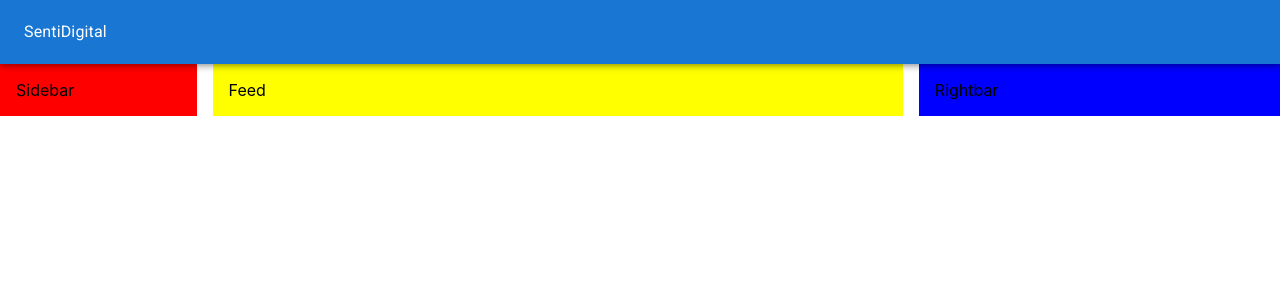
Repository: abubaker-cs/mui5_dashboard
Page: /
The author's editor kept a copy of each file at every save. The page is drawn from the files as they stood at one save, then again after the next save.
The browser window is 1280 px wide. The pictures show the whole page.
The project was rebuilt for these pictures with package versions that can differ from the ones it lists, and the page was loaded fresh each time. Also part of the build but not shown: src/App.css.

Above is the page before, as saved 2022-07-17 05:45:33.

### public/index.html
<!DOCTYPE html>
<html lang="en">
  <head>
    <meta charset="utf-8" />
    <link rel="icon" href="%PUBLIC_URL%/favicon.ico" />
    <meta name="viewport" content="width=device-width, initial-scale=1" />
    <meta name="theme-color" content="#000000" />
    <meta
      name="description"
      content="Web site created using create-react-app"
    />
    <link rel="apple-touch-icon" href="%PUBLIC_URL%/logo192.png" />

    <link rel="manifest" href="%PUBLIC_URL%/manifest.json" />
    <link
      rel="stylesheet"
      href="https://fonts.googleapis.com/css?family=Roboto:300,400,500,700&display=swap"
    />
    <link
      rel="stylesheet"
      href="https://fonts.googleapis.com/icon?family=Material+Icons"
    />

    <title>React App</title>
  </head>
  <body>
    <noscript>You need to enable JavaScript to run this app.</noscript>
    <div id="root"></div>
  </body>
</html>

### src/App.js
import "./App.css";
import Sidebar from "./components/Sidebar";
import Feed from "./components/Feed";
import Rightbar from "./components/Rightbar";
import { Box, Stack } from "@mui/material";
import Navbar from "./components/Navbar";

function App() {
  return (
    <Box>
      <Navbar />
      <Stack direction="row" spacing={2} justifyContent="space-evenly">
        <Sidebar />
        <Feed />
        <Rightbar />
      </Stack>
    </Box>
  );
}

export default App;

### src/components/Sidebar.jsx
import { Box } from "@mui/material";
import React from "react";

const Sidebar = () => {
  return (
    <Box
      bgcolor="red"
      flex={1}
      p={2}
      sx={{ display: { xs: "none", sm: "block" } }}
    >
      Sidebar
    </Box>
  );
};

export default Sidebar;

### src/components/Feed.jsx
import { Box } from "@mui/material";
import React from "react";

const Feed = () => {
  return (
    <Box bgcolor="yellow" flex={4} p={2}>
      Feed
    </Box>
  );
};

export default Feed;

### src/components/Rightbar.jsx
import { Box } from "@mui/material";
import React from "react";

const Rightbar = () => {
  return (
    <Box
      bgcolor="blue"
      flex={2}
      p={2}
      sx={{ display: { xs: "none", sm: "block" } }}
    >
      Rightbar
    </Box>
  );
};

export default Rightbar;

### src/components/Navbar.jsx
import { AppBar, Toolbar, styled, Typography } from "@mui/material";
import React from "react";

const StyledToolbar = styled(Toolbar)({
  display: "flex",
  justifyContent: "space-between",
});

const Navbar = () => {
  return (
    <AppBar position="sticky">
      <StyledToolbar>
        <Typography>SentiDigital</Typography>
      </StyledToolbar>
    </AppBar>
  );
};

export default Navbar;

Loaded but not shown: src/index.js (common file); src/index.css (common file)

After the next save:
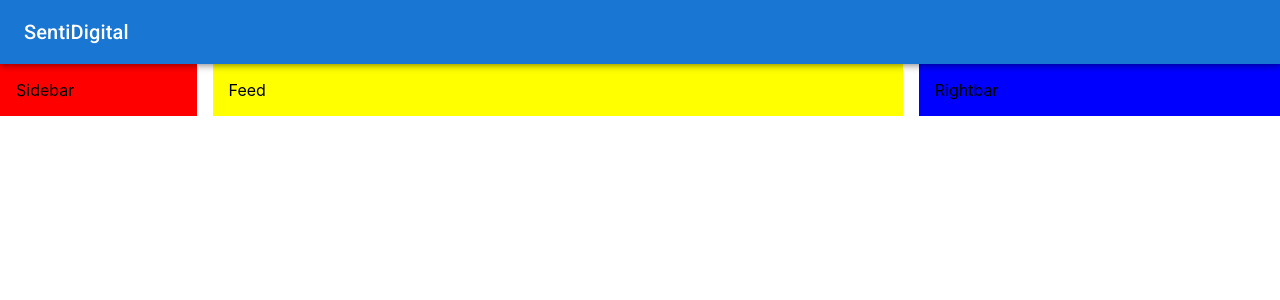
Saved 43 s later.
--- a/src/components/Navbar.jsx
+++ b/src/components/Navbar.jsx
@@ -10,7 +10,7 @@
   return (
     <AppBar position="sticky">
       <StyledToolbar>
-        <Typography>SentiDigital</Typography>
+        <Typography variant="h6">SentiDigital</Typography>
       </StyledToolbar>
     </AppBar>
   );
